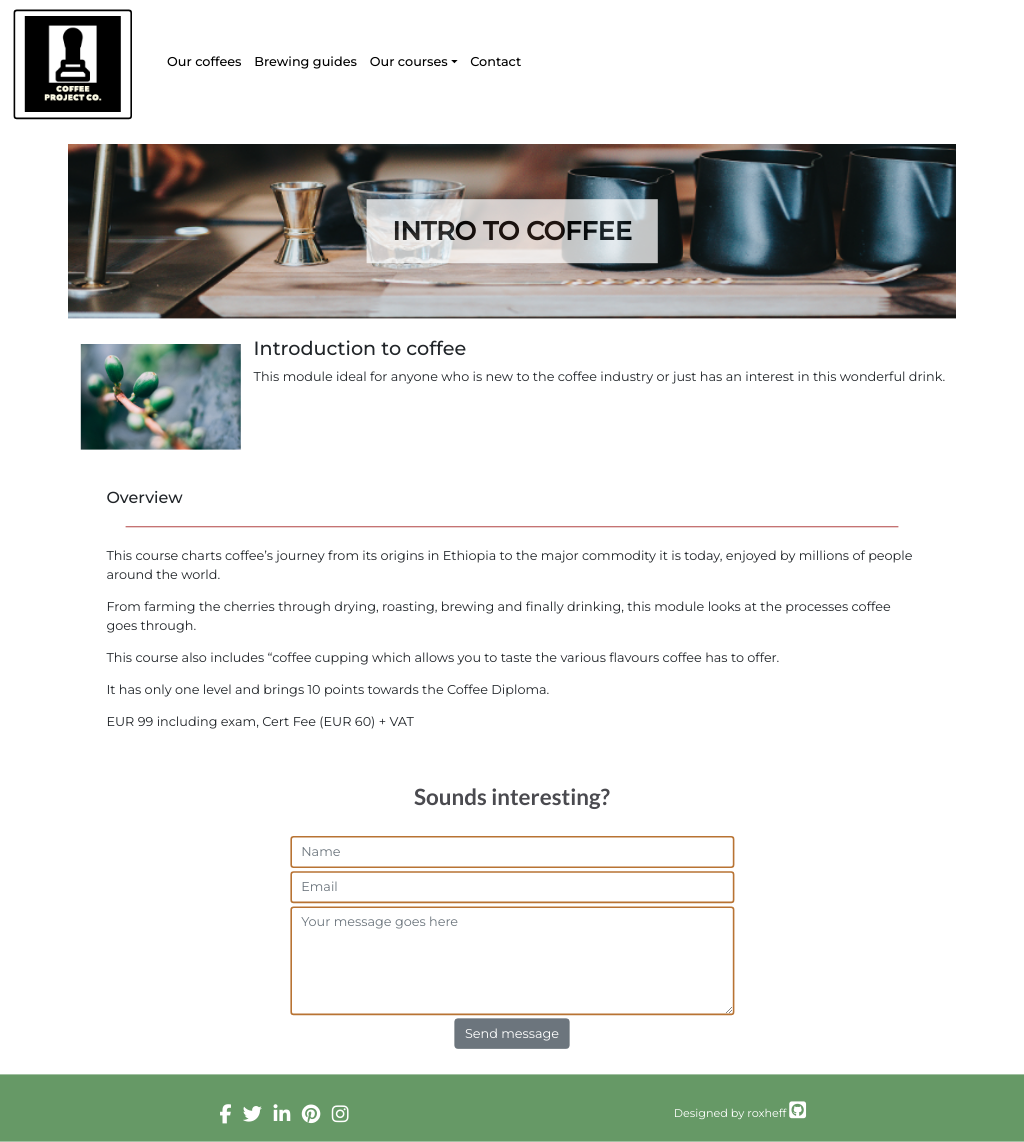
Repository: roxanahefferon/M1
Page: intro.html
The author's editor kept a record of every edit. The page is drawn from the files as they stood at one moment, then again after the next edit.
The browser window is 1280 px wide. The pictures show the whole page, at 80% of full size.
Some web libraries are served in a nearby version.

Above is the page before.

After the next edit:
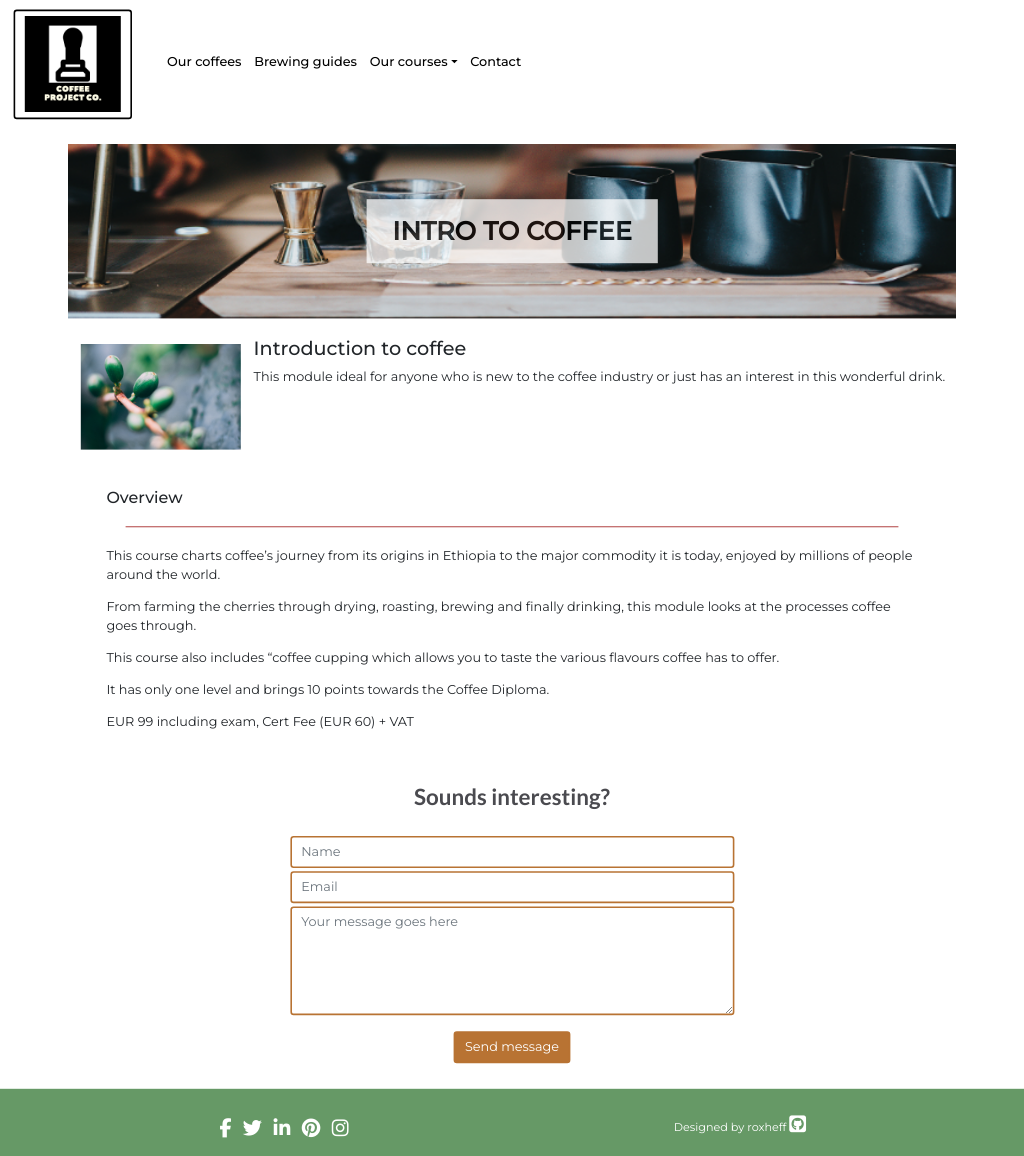
The edit:
--- a/intro.html
+++ b/intro.html
@@ -105,7 +105,7 @@
                     <textarea rows="5" name="message" id="message" class="form-control" placeholder="Your message goes here" required></textarea>
                     <div class="form-row text-center">
                         <div class="col">
-                            <button type="submit" class="btn btn-secondary landing-btn">Send message</button>
+                            <button type="submit" class="btn my-button my-border">Send message</button>
                         </div>
                 </form>
                 </div>
